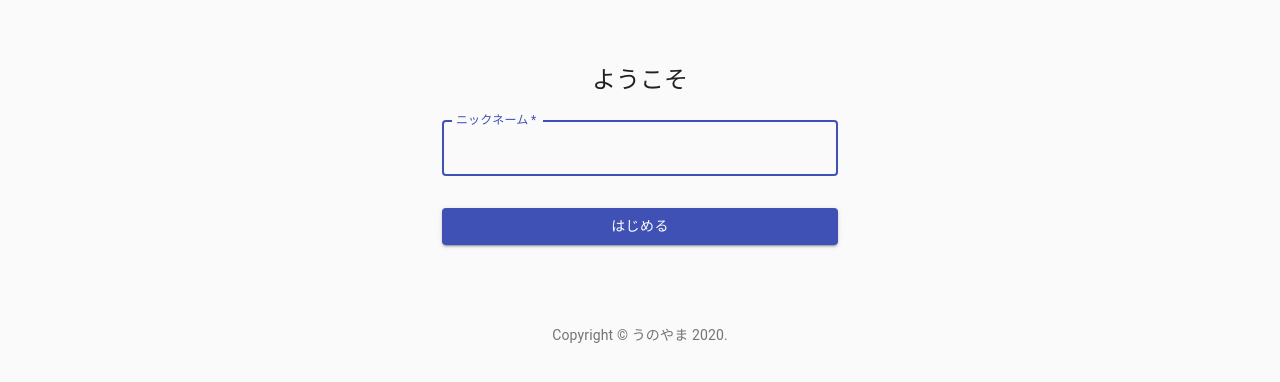
Repository: Yamayu08/idobatakaigi
Page: /
These files come from the project's save history. The page is drawn as it stood at one moment and after the next save; the edit follows.
The browser window is 1280 px wide. The pictures show the whole page.
The project was rebuilt for these pictures with package versions that can differ from the ones it lists, and the page was loaded fresh each time.

Above is the page before, as saved 2021-02-18 03:44:12.

After the next save:
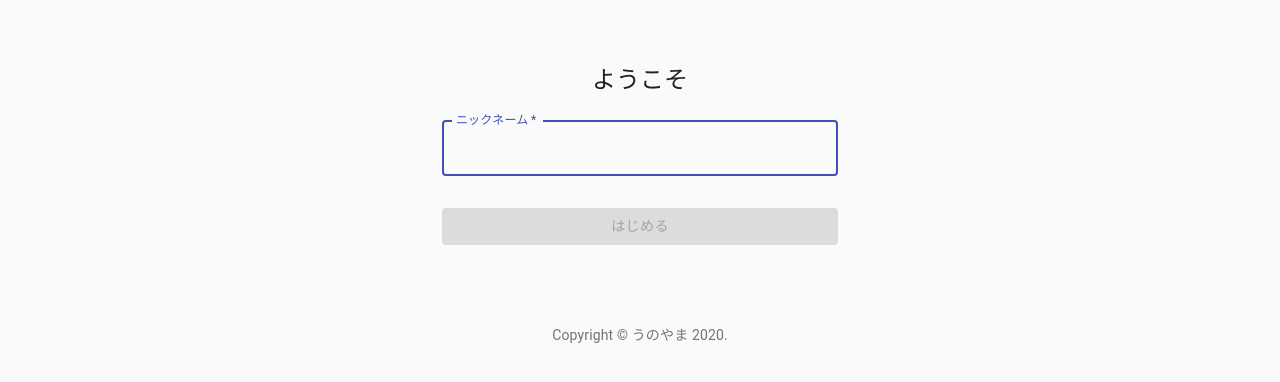
Saved 2 min 40 s later.
--- a/src/components/SignIn.js
+++ b/src/components/SignIn.js
@@ -43,6 +43,7 @@ const useStyles = makeStyles((theme) => ({
 
 export default function SignIn({ setName }) {
   const classes = useStyles();
+  const [disabled, setDisabled] = useState(true);
 
   return (
     <Container component="main" maxWidth="xs">
@@ -68,6 +69,7 @@ export default function SignIn({ setName }) {
             variant="contained"
             color="primary"
             className={classes.submit}
+            disabled={disabled}
           >
             はじめる
           </Button>
